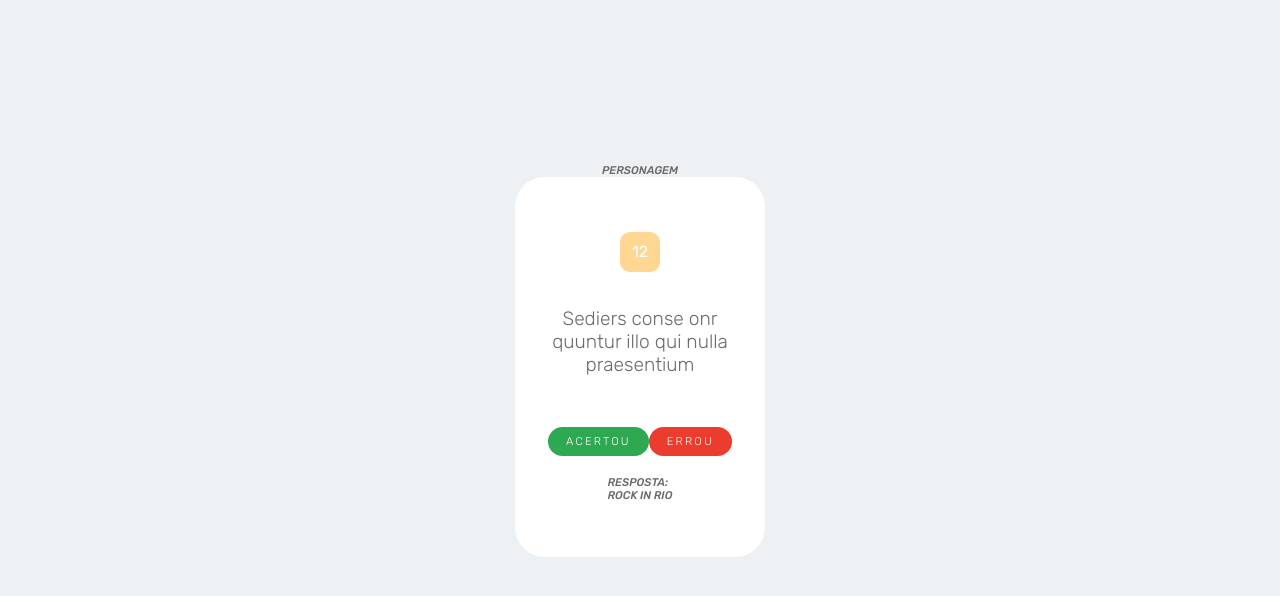
Repository: lucasthaynan/acertai
Page: index.html
These files come from the project's save history. The page is drawn as it stood at one moment and after a run of saves; the edit follows.
The browser window is 1280 px wide. The pictures show the whole page.

Above is the page before, as saved 2024-04-14 20:46:18.

### index.html
<!DOCTYPE html>
<html lang="en">
<head>
    <meta charset="UTF-8">
    <meta http-equiv="X-UA-Compatible" content="IE=edge">
    <meta name="viewport" content="width=device-width, initial-scale=1.0">
    <link rel="stylesheet" href="style.css">
    <title>AcertAí - Jogo</title>
</head>
<body>

    <section class="home">

        <div class="head-game">
            <img src="./imagens/logo.png" alt="">
            <div class="curve"></div>
        </div>

        <div class="option-times">
            <div class="two-times">2 times</div>
            <div class="three-times">3 times</div>
        </div>

    </section>

    <section class="info-times">

        <div class="container">
            <div class="name">
                <label>Nome do time</label>
                <input type="text" name="name_time" placeholder="Time A">
            </div>

            <div class="avatar">
                <p>Selecionar avatar</p>
                <div class="options-avatar">

                    <div class="image select" id="a">
                        <img src="./imagens/avatar/avatar_a.jpg" alt="">
                    </div>
                    <div class="image" id="b">
                        <img src="./imagens/avatar/avatar_a.jpg" alt="">
                    </div>
                    <div class="image" id="c">
                        <img src="./imagens/avatar/avatar_a.jpg" alt="">
                    </div>
                    <div class="image" id="d">
                        <img src="./imagens/avatar/avatar_a.jpg" alt="">
                    </div>
                    <div class="image" id="e">
                        <img src="./imagens/avatar/avatar_a.jpg" alt="">
                    </div>
                    <div class="image" id="f">
                        <img src="./imagens/avatar/avatar_a.jpg" alt="">
                    </div>
                </div>

            </div>

            <div class="container-btn">
                <input type="submit" value="Concluir">
            </div>

        </div>
    </section>


    <section class="random-category">
        <div class="category lugar view">
            <p>Lugar</p>
        </div>
        <div class="category personagem">
            <p>Personagem</p>
        </div>
        <div class="category tecnologia">
            <p>Tecnologia</p>
        </div>
        <div class="category objeto">
            <p>Objeto</p>
        </div>
        <div class="category ano">
            <p>Ano</p>
        </div>
    </section>

    <section class="select-tips personagem">

        <div class="name-category">
            <p>Personagem</p>
        </div>

        <div class="container options-game">

            <p>Escolher dica</p>

            <div class="options">
                <div class="btn" id="1">01</div>
                <div class="btn select" id="2">02</div>
                <div class="btn" id="3">03</div>
                <div class="btn" id="4">04</div>
                <div class="btn" id="5">05</div>
                <div class="btn" id="6">06</div>
                <div class="btn" id="7">07</div>
                <div class="btn" id="8">08</div>
                <div class="btn" id="9">09</div>
                <div class="btn" id="10">10</div>
                <div class="btn" id="11">11</div>
                <div class="btn" id="12">12</div>
                <div class="btn" id="13">13</div>
                <div class="btn" id="14">14</div>
                <div class="btn" id="15">15</div>
                <div class="btn" id="16">16</div>
                <div class="btn" id="17">17</div>
                <div class="btn" id="18">18</div>
                <div class="btn" id="19">19</div>
                <div class="btn" id="20">20</div>
            </div>

        </div>

        <div class="container tip">

            <div>
                <div class="number-tip">12</div>
                <div class="phrase">
                    <p>Sediers conse onr quuntur illo qui nulla praesentium</p>
                </div>
                <div class="btns-result">
                    <div class="right">Acertou</div>
                    <div class="missed">Errou</div>
                </div>

                <div class="result-correct">
                    <p>Resposta:</p>
                    <p class="name-correct">Rock in Rio</p>
                </div>
            </div>

        </div>

        <div class="time-process">
            <div class=""></div>
        </div>

    </section>



    <script src="./main.js"></script>
</body>
</html>

### style.css


@import url('https://fonts.googleapis.com/css2?family=Rubik:ital,wght@0,300..900;1,300..900&display=swap');


:root {
  --lugar: #FFD793;
  --personagem: #4074F5;
  --tecnologia: #28A37A;
  --objeto: #FE8369;
  --ano: #AF55CC;

  --bg-secundaria: #4074F5;
  --bg-claro: #FFFFFF;
  --bg: #EDF1F4;

  --text-claro: #FFFFFF;
  --text-escuro: #6A6A6A;

  --border: #E8EAEE;
  --border-active: #4074F5;

  --btn-right: #2FA852;
  --btn-missed: #EB3C2E;
}

* {
  margin: 0;
  padding: 0;

  font-family: "Rubik", sans-serif;
  font-optical-sizing: auto;
  font-size: 1rem;
  font-weight: 400;
  font-style: normal;

}


section {
    display: none;
    width: 100vw;
    height: 100vh;
    flex-direction: column;
    align-items: center;
    justify-content: flex-start;

}

p {
    font-size: 0.7rem;
    color: var(--text-escuro);
    font-style: italic;
    font-weight: 500;
    text-transform: uppercase;
}

/* HOME */

section.home {
    /* display: flex; */
    display: none;
    background-color: var(--bg);
}

section.home > div.head-game {
    display: flex;
    flex-direction: column;
    align-items: center;
    justify-content: center;
    width: 100vw;
    height: 230px;
    background-color: var(--bg-secundaria);
}

section.home > div.head-game img {
    width: 170px;
}

section.home > div.option-times {
    margin-top: 50px;
}

section.home > div.option-times > div {

    background-color: var(--btn-right);
    color: var(--text-claro);
    text-align: center;
    padding: 10px 40px;
    border-radius: 50px;
    margin-top: 30px;

    letter-spacing: 2.5px;
    text-transform: uppercase;
    font-weight: 300;
    font-size: 0.9rem;

    /* filter: drop-shadow(2px 2px 3px #d4d4d4); */

}


/* INFOS TIMES */

section.info-times {
    /* display: flex; */
    display: none;
    justify-content: center;
    align-items: center;
    background-color: var(--bg);
}

section.info-times .container {
    width: 250px;
    height: 400px;
    border-radius: 30px;
    background-color: var(--bg-claro);
}

section.info-times .avatar {
    display: flex;
    flex-direction: row;
    flex-wrap: wrap;
    justify-content: center;
    align-items: center;
}

section.info-times .options-avatar {
    display: flex;
    flex-direction: row;
    flex-wrap: wrap;
    justify-content: center;
    align-items: center;
    gap: 5px;
}


section.info-times .avatar img {
    width: 60px;
    border: 2px solid var(--border);
    border-radius: 16px;
    cursor: pointer;
}

section.info-times .avatar .select > img {
    border: 2px solid var(--border-active);
}

section.info-times .name {
    display: flex;
    flex-direction: column;
    justify-content: center;
    align-items: center;
    margin: 30px 0;
}

section.info-times .name label,
section.info-times .avatar p {
    font-size: 0.7rem;
    color: var(--text-escuro);
    font-style: italic;
    font-weight: 500;
    text-transform: uppercase;
    margin: 7px 0px;
}

section.info-times .container-btn {
    display: flex;
    justify-content: center;
    margin-top: 20px;
}


section.info-times .container-btn input {

    background-color: var(--btn-right);
    color: var(--text-claro);
    text-align: center;
    padding: 8px 25px;
    border-radius: 50px;
    margin-top: 15px;

    letter-spacing: 2.5px;
    text-transform: uppercase;
    font-weight: 300;
    font-size: 0.7rem;

    border: 0px;

}



section.info-times {
    /* display: flex; */
    display: none;
    justify-content: center;
    align-items: center;
    background-color: var(--bg);
}


/* RANDOM CATEGORY */

section.random-category {
    /* display: flex; */
    display: none;
    justify-content: center;
    align-items: center;
    background-color: var(--bg);
}

section.random-category .category {
    display: none;
    width: 100vw;
    height: 100vh;

}

section.random-category .category p {
    background-color: rgba(0, 0, 0, 0.208);
    color: var(--text-claro);
    text-align: center;
    padding: 10px 40px;
    border-radius: 50px;
    margin-top: 15px;

    letter-spacing: 2.5px;
    text-transform: uppercase;
    font-weight: 300;
    font-size: 1.2rem;

    border: 0px;
}

section.random-category .category.view {
    display: flex;
    /* display: none; */
    justify-content: center;
    align-items: center;
    background-color: var(--lugar);
}


section.random-category .category.lugar {
    background-color: var(--lugar);
}

section.random-category .category.personagem {
    background-color: var(--personagem);
}

section.random-category .category.tecnologia {
    background-color: var(--tecnologia);
}

section.random-category .category.ano {
    background-color: var(--ano);
}

section.random-category .category.objeto {
    background-color: var(--objeto);
}



/* SELECT TIPS */

section.select-tips {
    display: flex;
    /* display: none; */
    justify-content: center;
    align-items: center;
    flex-direction: column;
    background-color: var(--bg);
}


section.select-tips .container {
    width: 250px;
    height: 380px;
    border-radius: 30px;
    background-color: var(--bg-claro);
}

section.select-tips .container.options-game {
    /* display: flex; */
    display: none;
    flex-direction: column;
    justify-content: center;
    align-items: center;
}

section.select-tips .container.options-game .options {
    display: flex;
    flex-direction: row;
    justify-content: center;
    align-items: center;
    flex-wrap: wrap;
    gap: 8px;
    padding: 20px 20px;
}

section.select-tips .container.options-game .options div.btn {
    width: 20px;
    height: 20px;
    background-color: var(--lugar);
    padding: 10px;
    border-radius: 10px;
    display: flex;
    justify-content: center;
    align-items: center;
    color: var(--text-claro);
    cursor: pointer;
}


section.select-tips .container.options-game .options div.btn.select {
    opacity: 0.4;
    cursor: none;
    pointer-events: none;
}

section.select-tips .container.tip,
section.select-tips .container.tip > div {
    display: flex;
    /* display: none; */
    flex-direction: column;
    justify-content: center;
    align-items: center;

}

section.select-tips .container.tip > div {
    padding: 30px;
    gap: 20px;
}
section.select-tips .container.tip .number-tip {
    width: 20px;
    height: 20px;
    background-color: var(--lugar);
    padding: 10px;
    border-radius: 10px;
    display: flex;
    justify-content: center;
    align-items: center;
    color: var(--text-claro);
    cursor: pointer;
}

section.select-tips .container.tip .phrase {
    height: 100px;
    display: flex;
    justify-content: center;
    align-items: center;
}

section.select-tips .container.tip .phrase p {
    text-align: center;
    font-size: 1.2rem;
    font-style: normal;
    font-weight: 300;
    text-transform: none;
}

section.select-tips .container.tip .btns-result {
    display: flex;
}


section.select-tips .container.tip .right,
section.select-tips .container.tip .missed {

    color: var(--text-claro);
    text-align: center;
    padding: 8px 18px;
    border-radius: 50px;
    margin-top: 15px;

    letter-spacing: 2.2px;
    text-transform: uppercase;
    font-weight: 300;
    font-size: 0.7rem;

    border: 0px;
}

section.select-tips .container.tip .right {
    background-color: var(--btn-right);
}

section.select-tips .container.tip .missed {
    background-color: var(--btn-missed);

}

### main.js
let dataCartas;

// Função para carregar o JSON via Fetch
function carregarCartas() {
    fetch('./data/cartas.json')
        .then(response => {
            if (!response.ok) {
                throw new Error('Erro ao carregar o arquivo JSON');
            }
            return response.json();
        })
        .then(data => {
            dataCartas = data.cartas;
            // Aqui você pode fazer o que quiser com os dados carregados
            console.log(data);
            // Por exemplo, você pode chamar uma função para manipular as cartas
            manipularCartas(data.cartas);
        })
        .catch(error => {
            console.error('Ocorreu um erro:', error);
        });
}

// Função para embaralhar a ordem das afirmações
function embaralharAfirmações(afirmações) {
    // Copiando o array de afirmações
    const afirmaçõesEmbaralhadas = afirmações.slice();
    // Embaralhando o array
    for (let i = afirmaçõesEmbaralhadas.length - 1; i > 0; i--) {
        const j = Math.floor(Math.random() * (i + 1));
        [afirmaçõesEmbaralhadas[i], afirmaçõesEmbaralhadas[j]] = [afirmaçõesEmbaralhadas[j], afirmaçõesEmbaralhadas[i]];
    }
    return afirmaçõesEmbaralhadas;
}

// Função para manipular as cartas
function manipularCartas(cartas) {
    // Aqui você pode fazer o que quiser com as cartas, como exibir na tela, etc.
    // Por enquanto, vamos apenas imprimir no console
    cartas.forEach(carta => {
        console.log('Categoria:', carta.categoria);
        console.log('Resposta:', carta.resposta);
        console.log('Dificuldade:', carta.dificuldade);
        console.log('Afirmações:');
        const afirmaçõesEmbaralhadas = embaralharAfirmações(carta.afirmações);
        afirmaçõesEmbaralhadas.forEach(afirmação => {
            console.log('-', afirmação);
        });
        console.log('------------------');
    });
}

// Chamando a função para carregar as cartas quando a página é carregada
carregarCartas();

### data/cartas.json
{
    "cartas": [
      {
        "categoria": "Tecnologia",
        "resposta": "QR Code",
        "id": "TEC-01",
        "dificuldade": "médio",
        "afirmações": [
          "Foi criado no Japão",
          "É uma forma de código de barras",
          "Usado para armazenar informações",
          "Pode ser escaneado por smartphones",
          "Utilizado em pagamentos móveis",
          "Desenvolvido originalmente para a indústria automotiva",
          "Possui padrão de matriz quadrada",
          "Pode ser usado em marketing",
          "Armazena mais dados que um código de barras tradicional",
          "Sua leitura é rápida",
          "Contém padrões de erro para integridade de dados",
          "Pode ser personalizado esteticamente",
          "Utilizado em ingressos de eventos",
          "Também serve para acessar sites",
          "Pode conter vCards em eventos de networking",
          "Utilizado em ações de realidade aumentada",
          "Popular em campanhas publicitárias",
          "Pode codificar informação em ambos os eixos",
          "Usado em cartões de visita digitais",
          "Crescente uso em sistemas de saúde"
        ]
      },
      {
        "categoria": "Personagem",
        "resposta": "Cleópatra",
        "id": "PER-01",
        "dificuldade": "médio",
        "afirmações": [
          "Foi a última rainha do Egito",
          "Conhecida por sua beleza e inteligência",
          "Teve um caso com Júlio César",
          "Aliou-se politicamente com Marco Antônio",
          "Descendente da dinastia de Ptolomeu",
          "Sua morte marcou o fim do Egito Ptolomaico",
          "Conhecida por sua habilidosa diplomacia",
          "Famosa por um banho de leite",
          "Representada frequentemente em obras de arte",
          "Uma figura popular na história romana",
          "Foi mãe de Caesário",
          "Sua morte foi por suicídio, dizem, com uma áspide",
          "Ela reinou por 21 anos",
          "Habilmente manteve o poder enquanto aliada de Roma",
          "Tentou restaurar o prestígio de seu reino",
          "Reputada por ser poliglota",
          "Sua história foi dramatizada por Shakespeare",
          "Conhecida também por suas conquistas científicas",
          "Foi um ícone feminino da antiguidade",
          "Sua vida inspirou numerosos filmes"
        ]
      },
      {
        "categoria": "Lugar",
        "resposta": "Ilha de Páscoa",
        "id": "LUG-01",
        "dificuldade": "médio",
        "afirmações": [
          "Localizada no Oceano Pacífico",
          "Conhecida pelos moais, grandes estátuas de pedra",
          "Território é uma província do Chile",
          "É um dos locais mais isolados habitados do mundo",
          "Primeiro contato europeu em 1722",
          "Também chamada de Rapa Nui",
          "Polinésios são considerados os primeiros habitantes",
          "Tem um clima subtropical",
          "É uma atração turística popular",
          "A ilha tem uma área de cerca de 163 km²",
          "Os moais foram criados para honrar antepassados importantes",
          "Inscrita como Patrimônio Mundial da UNESCO",
          "Sua ecologia sofreu devido ao desmatamento",
          "A ilha também possui um vulcão adormecido",
          "Existem teorias sobre a extinção da cultura local",
          "A população local restringe turistas para conservar a cultura",
          "Artefatos antigos são encontrados por toda a ilha",
          "Tem um aeroporto que conecta ao continente",
          "Estudos indicam que a ilha foi povoada no século IV",
          "A ilha tem uma limitada biodiversidade devida à isolamento"
        ]
      },
      {
        "categoria": "Ano",
        "resposta": "1969",
        "id": "ANO-01",
        "dificuldade": "médio",
        "afirmações": [
          "Neil Armstrong pisou na Lua",
          "Woodstock atraiu cerca de 400 mil pessoas",
          "O Concorde fez seu primeiro voo de teste",
          "Richard Nixon tornou-se presidente dos EUA",
          "Primeiro episódio de 'Monty Python' foi ao ar",
          "Internet teve sua precursora, a ARPANET, iniciada",
          "Os Beatles fizeram sua última apresentação pública",
          "O primeiro transplant de olho foi realizado",
          "Liberdade para o amor, do Led Zeppelin, foi lançado",
          "A tropa de elite dos EUA sofreu em embate em Hamburger Hill",
          "O filme 'Butch Cassidy' foi um sucesso de bilheteira",
          "O Boeing 747 fez seu voo inaugural comercial",
          "A Ponte do Rio Kwai desabou",
          "Metralhadoras dispararam pela primeira vez em uma guerra",
          "O projeto Apollo foi televisionado ao vivo",
          "A Sesame Street estreou na televisão dos EUA",
          "Foi introduzida a classificação indicativa em filmes",
          "Os Mets ganharam a World Series pela primeira vez",
          "Primeiro transplante de coração artificial temporário",
          "O Vaticano iniciou reformas litúrgicas"
        ]
      },
      {
        "categoria": "Objeto",
        "resposta": "Fita Cassete",
        "id": "OBJ-01",
        "dificuldade": "fácil",
        "afirmações": [
          "Usada para gravação e reprodução de som",
          "Formato popular nas décadas de 70 e 80",
          "Vendida inicialmente em 1963",
          "Desenvolvida pela Philips",
          "Compacta e portátil comparada a alternativas",
          "Revolutionou a maneira como as pessoas ouviam música",
          "Gradualmente substituída por CDs",
          "Usava fita magnética para armazenar dados",
          "Possuía dois lados, A e B",
          "Pode ser rebobinada e avançada",
          "Foi parte do primeiro Sony Walkman",
          "Permitia criar mixtapes personalizadas",
          "Comumente usada em gravadores e tocadores de fita",
          "Sua qualidade de som é considerada baixa hoje",
          "Foi crucial para a disseminação do punk e novas ondas",
          "Suas vendas declinaram nos anos 90",
          "Experienciando um revival nostálgico",
          "Artistas modernos às vezes lançam neste formato",
          "Prone a enroscar e emaranhar",
          "Uma alternativa mais conveniente aos LPs de vinil"
        ]
      }
    ]
  }

After the next 2 saves:
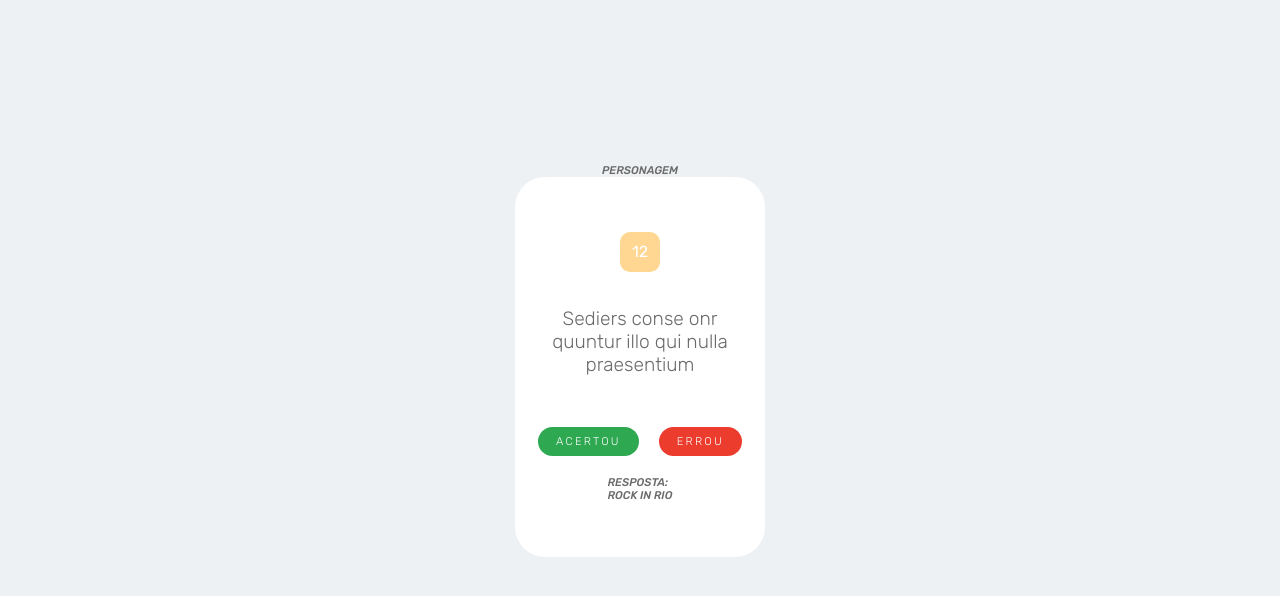
The 2 saves are shown as one change because they came seconds apart.
The last was saved 23 s later.
--- a/style.css
+++ b/style.css
@@ -365,6 +365,9 @@ section.select-tips .container.tip .phrase p {
 
 section.select-tips .container.tip .btns-result {
     display: flex;
+    flex-direction: row;
+    justify-content: center;
+    gap: 20px;
 }
 
 
